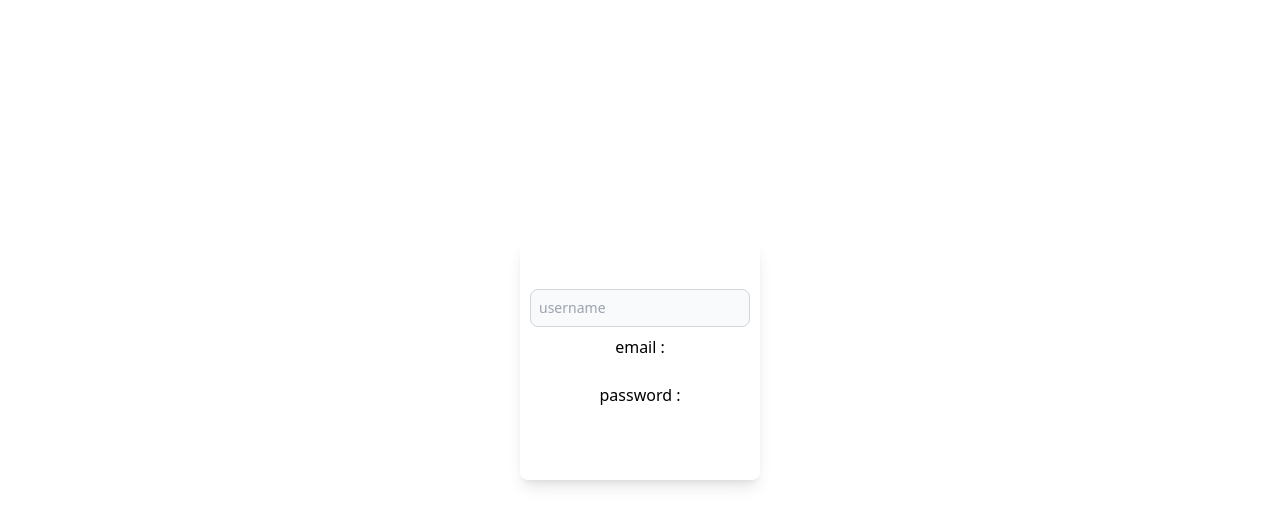
Repository: Emy-gold/alx-fe-reactjs
Page: / (app in form-handling-react/)
These files come from the project's save history. The page is drawn as it stood at one moment and after the next save; the edit follows.
The browser window is 1280 px wide. The pictures show the whole page.
The project was rebuilt for these pictures with package versions that can differ from the ones it lists, and the page was loaded fresh each time. Also part of the build but not shown: form-handling-react/vite.config.js.

Above is the page before, as saved 2025-08-22 21:53:09.

After the next save:
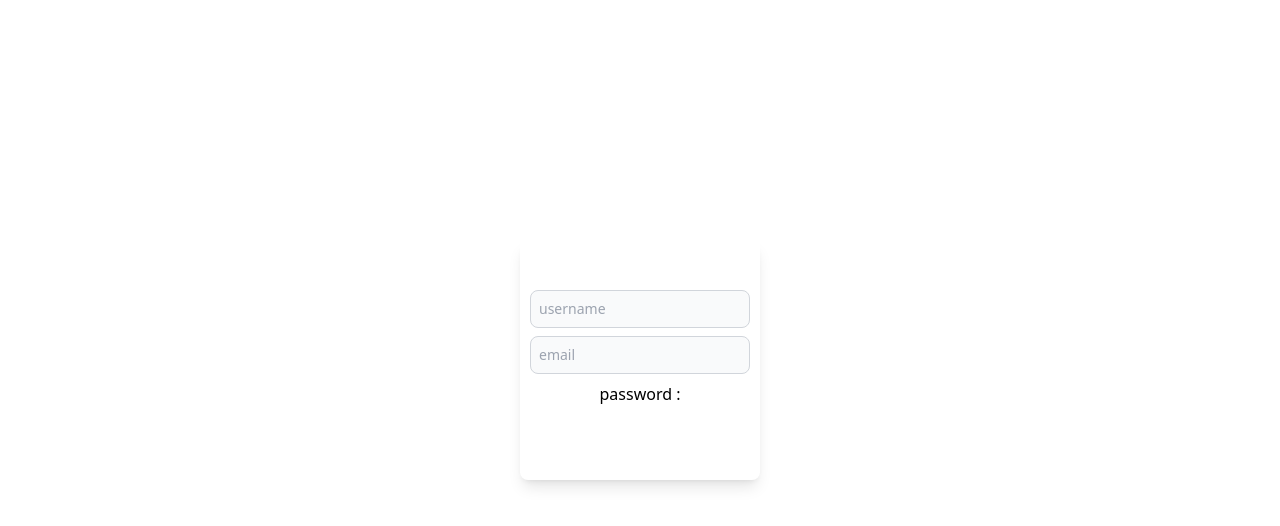
Saved 35 s later.
--- a/form-handling-react/src/components/RegistrationForm.jsx
+++ b/form-handling-react/src/components/RegistrationForm.jsx
@@ -26,12 +26,13 @@ function RegistrationForm() {
                     placeholder='username'
                     className='bg-gray-50 border border-gray-300 text-gray-900 text-sm p-2 rounded-lg mb-2'
                 />
-                <label>email :</label>
                 <input
                     type="email"
                     name="email"
                     value={formData.email}
                     onChange={handleChange}
+                    placeholder='email'
+                    className='bg-gray-50 border border-gray-300 text-gray-900 text-sm p-2 rounded-lg mb-2'
                 />
                 <label>password :</label>
                 <input
